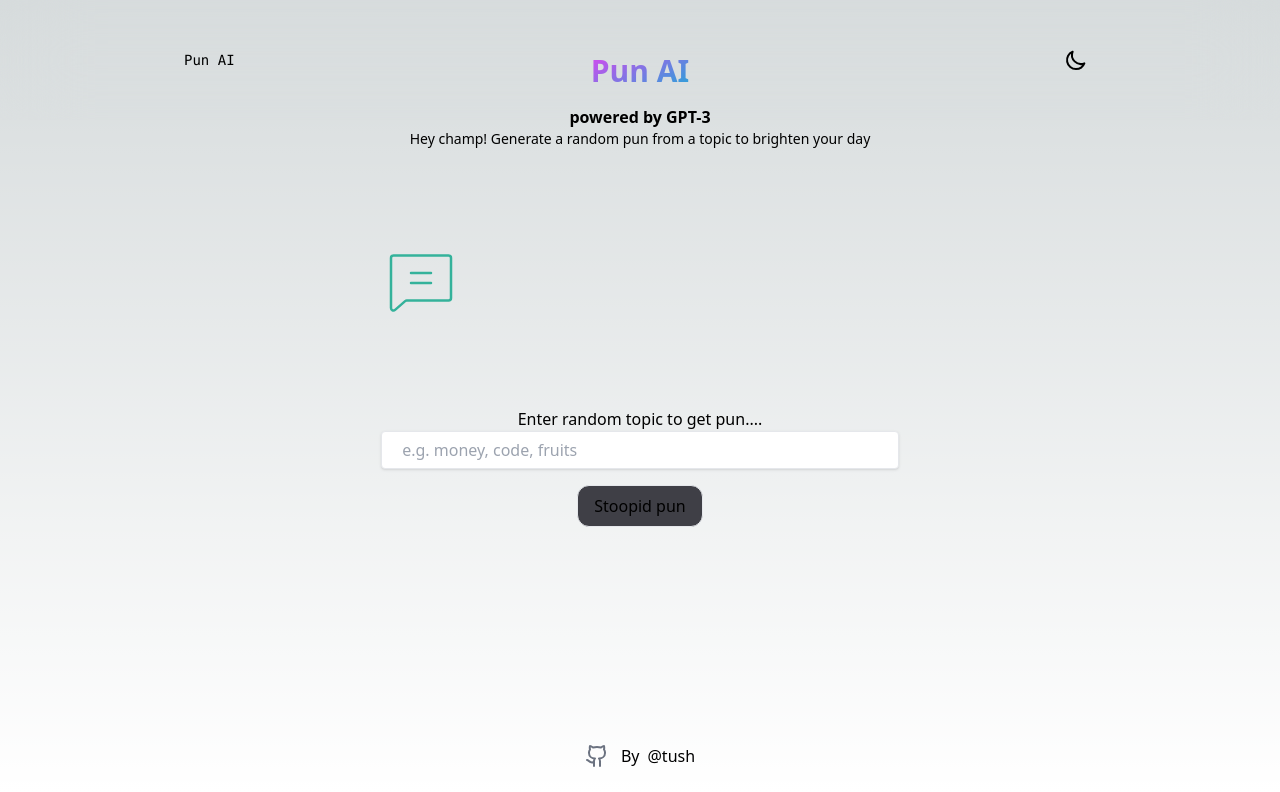
Repository: tushcmd/next-puns-ai
Page: /
These files come from the project's save history. The page is drawn as it stood at one moment and after the next save; the edit follows.
The browser window is 1280 px wide. The pictures show the whole page.
The project was rebuilt for these pictures with package versions that can differ from the ones it lists, and the page was loaded fresh each time. The framework's server and built-in components were replaced by stand-ins that run in the browser. Also part of the build but not shown: next.config.mjs, app/components/Spinner.tsx.

Above is the page before, as saved 2024-03-10 03:34:12.

After the next save:
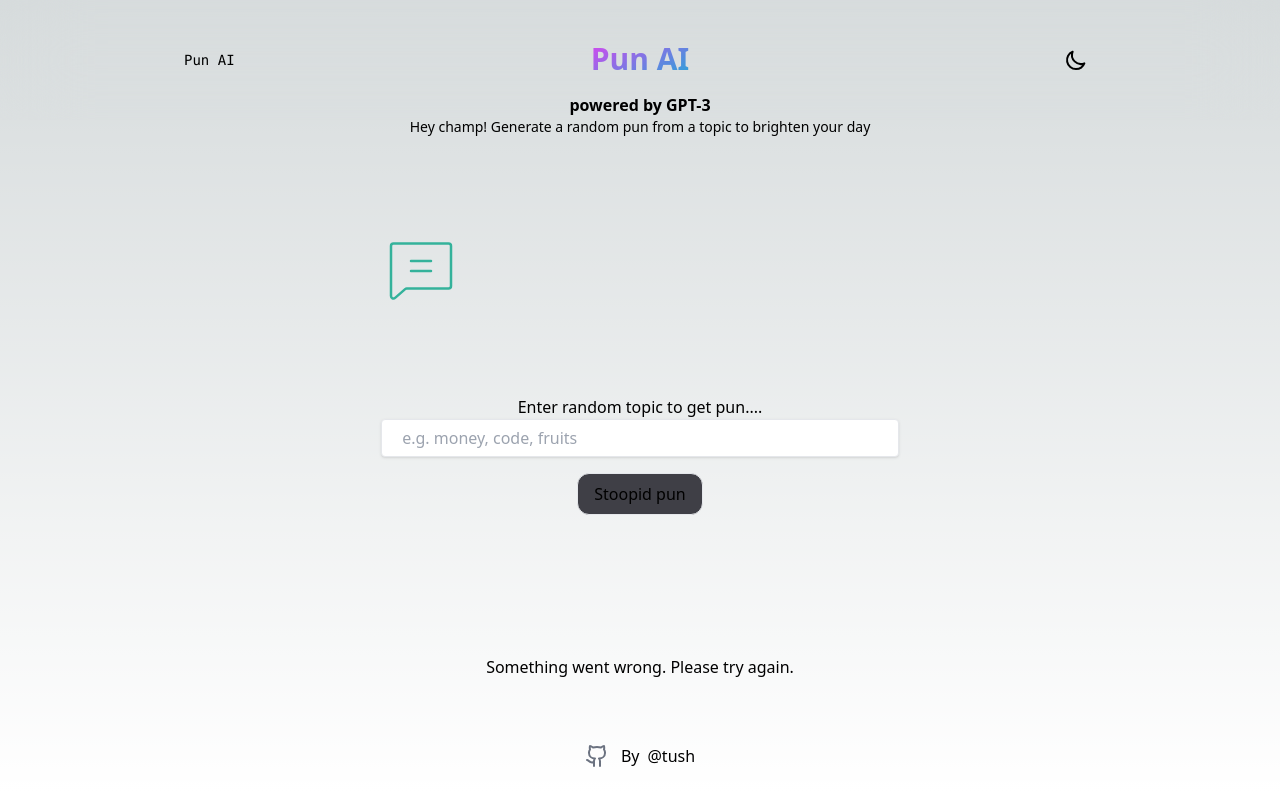
Saved 88 s later.
--- a/app/components/hero.tsx
+++ b/app/components/hero.tsx
@@ -8,7 +8,7 @@
 
     const [pun, setPun] = useState("");
     const [punLoading, setPunLoading] = useState(false);
-    const [punLoadingError, setPunLoadingError] = useState(false);
+    const [punLoadingError, setPunLoadingError] = useState(true);
 
     async function handleSubmit(e: FormEvent<HTMLFormElement>) {
         e.preventDefault();
